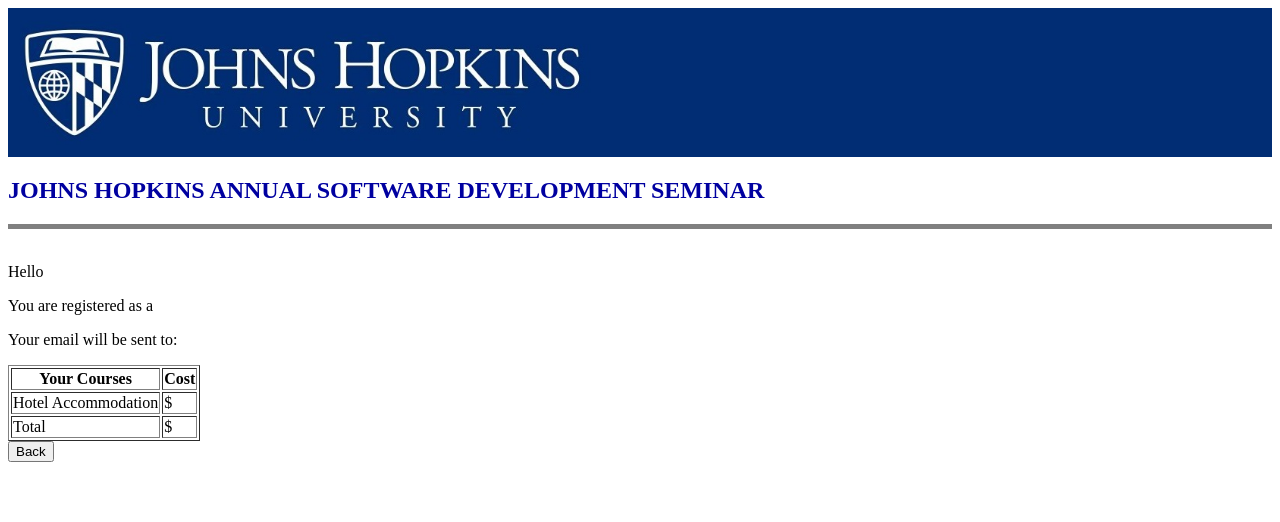
Repository: roridedi/Homework
Page: http://localhost/roridedi3assignment5/success.jsp
These files come from the project's save history. The page is drawn as it stood at one moment and after the next save; the edit follows.
The browser window is 1280 px wide. The pictures show the whole page.
The page is served by Tomcat 9. Other server files are loaded and not shown. The template is opened directly, without the code that normally fills it, so the values that code supplies are empty.

Above is the page before, as saved 2018-07-03 02:30:16.

### roridedi3assignment5/WebContent/success.jsp
<%@ page language="java" contentType="text/html; charset=UTF-8"
	pageEncoding="UTF-8"%>
<%@ taglib prefix="c" uri="http://java.sun.com/jsp/jstl/core"%>
<!DOCTYPE html PUBLIC "-//W3C//DTD HTML 4.01 Transitional//EN" "http://www.w3.org/TR/html4/loose.dtd">
<html>
<head>
<style type="text/css">
.line {
	border-top: 5px solid grey;
	flex-grow: 1;
	margin: 0;
	width: 100%
}
</style>
<meta charset="UTF-8">
<title>JHU Successful Registration Form</title>
</head>
<body>
	<img width="100%" src="jhubanner.jpg" />
	<h2 style="color: #0000A0">JOHNS HOPKINS ANNUAL SOFTWARE
		DEVELOPMENT SEMINAR</h2>
	<div class="line"></div>
	<br>

	<div>
		<p>Hello ${registration.firstName}</p>
		<p>You are registered as a ${registration.employmentStatus}</p>
		<p>Your email will be sent to: ${registration.email}</p>

		<table border="">
			<tr>
				<th>Your Courses</th>
				<th>Cost</th>

			</tr>
			<c:forEach var="course" items='${registration.courses}'>
				<tr>
					<td>${course.courseName}</td>
					<td>$${registration.price}</td>

					<td><input type="button" value="Remove Item"
						onclick="deleteRow(this)"></td>

				</tr>
			</c:forEach>
			<tr>
				<td>Hotel Accommodation</td>
				<td>$${registration.hotelPrice}</td>
			</tr>
			<tr>
				<td>Total</td>
				<td>$${registration.total}</td>
			</tr>

		</table>

	</div>
	<div>
		<button onclick="back()">Back</button>
	</div>

	<script>
    function back() {
        window.history.back();
    }

    function deleteRow(o) {
     //no clue what to put here?
     var p=o.parentNode.parentNode;
         p.parentNode.removeChild(p);
    }
</script>
</body>
</html>

After the next save:
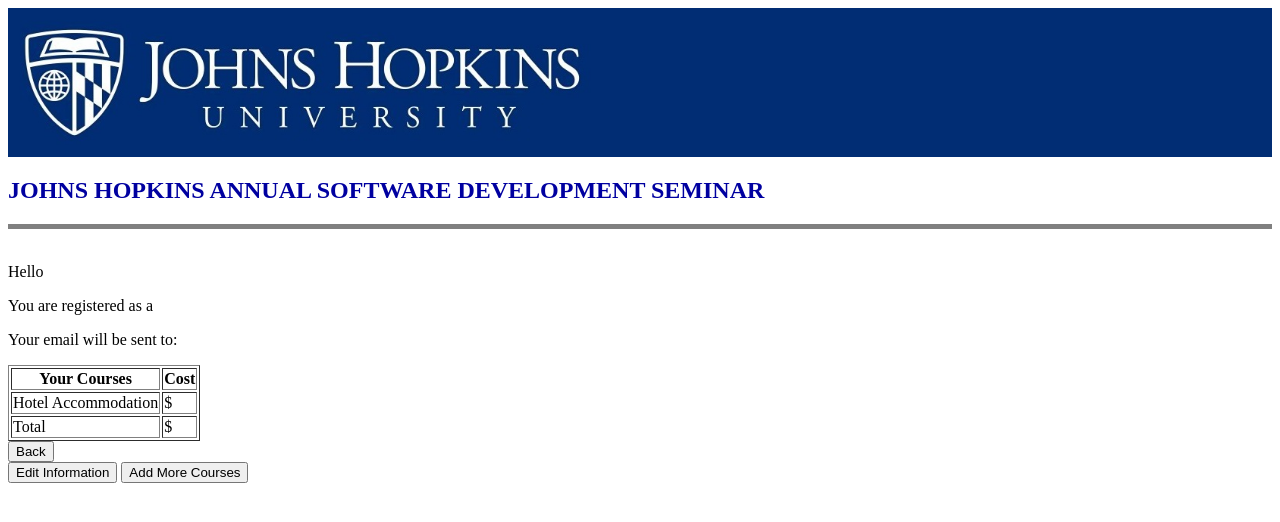
Saved 3 min 26 s later.
--- a/roridedi3assignment5/WebContent/success.jsp
+++ b/roridedi3assignment5/WebContent/success.jsp
@@ -58,7 +58,11 @@
 	<div>
 		<button onclick="back()">Back</button>
 	</div>
-
+<form action="index.jsp">
+		<input type="hidden" name="action" value="edit">
+        <input type="submit" value="Edit Information">
+    	<input type="submit" value="Add More Courses">
+	</form>
 	<script>
     function back() {
         window.history.back();
